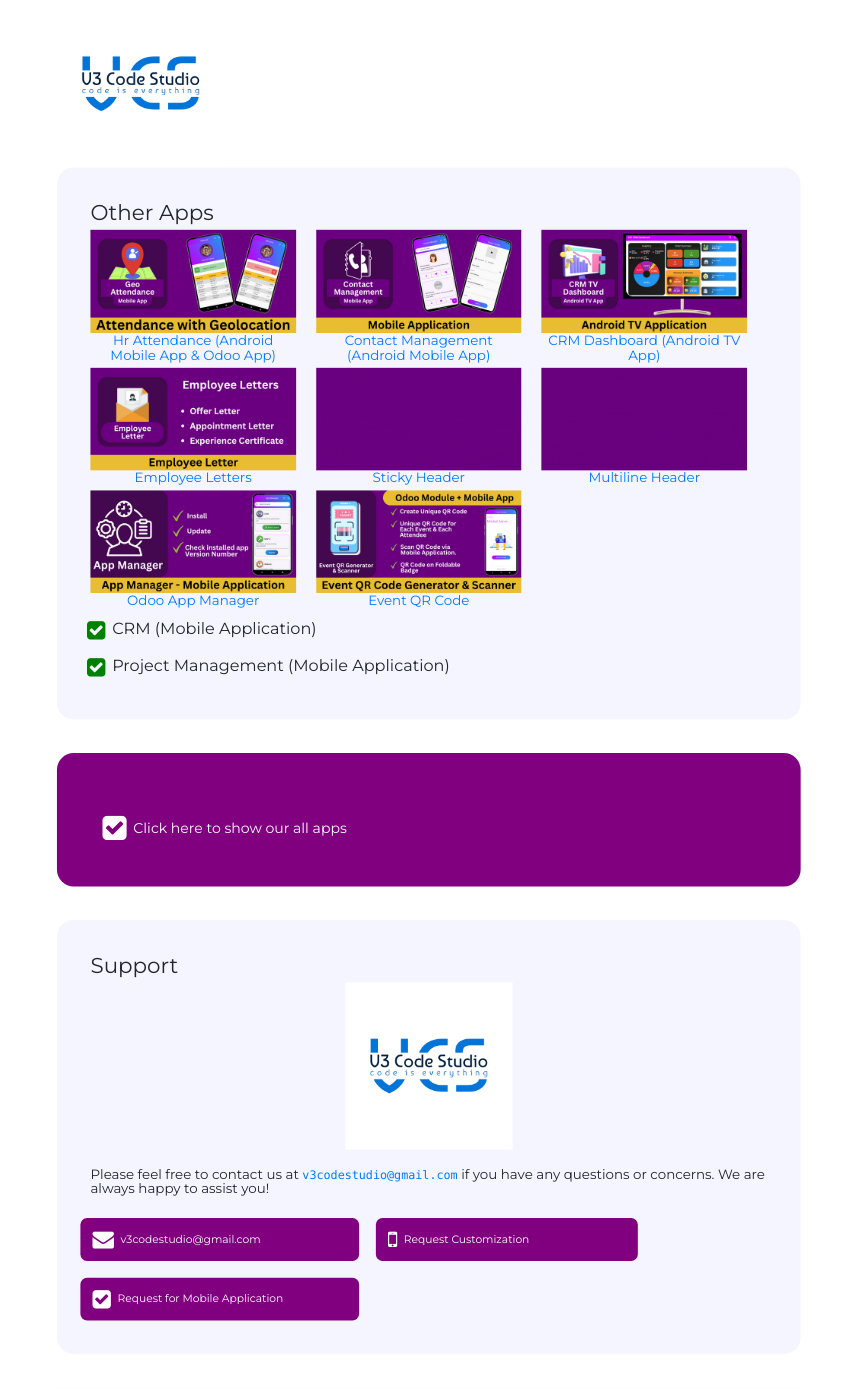
Repository: VivekVithlani/odoo_apps_list
Page: index.html
The author's editor kept a copy of each file at every save. The page is drawn from the files as they stood at one save, then again after the next save.
The browser window is 1280 px wide. The pictures show the whole page, at 67% of full size.

Above is the page before, as saved 2023-12-14 15:29:58.

After the next save:
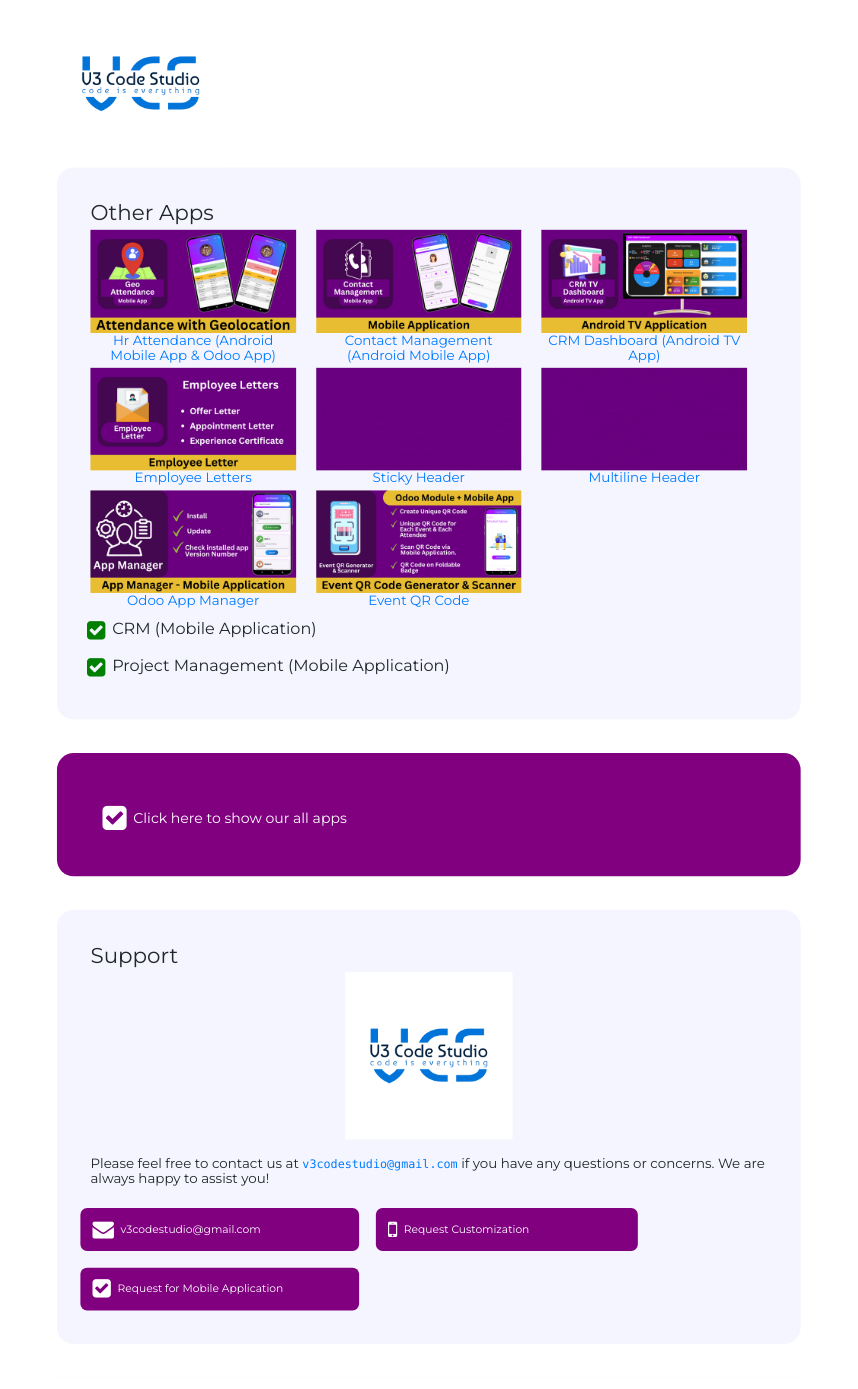
Saved 6 s later.
--- a/index.html
+++ b/index.html
@@ -327,7 +327,7 @@
             border-radius: 10px;
             background-color: purple;
             color: white;
-            margin-top: 25px;
+            margin-top: 10px;
             font-size: 21px;
           "
           class="d-flex align-items-center px-2 py-3"
